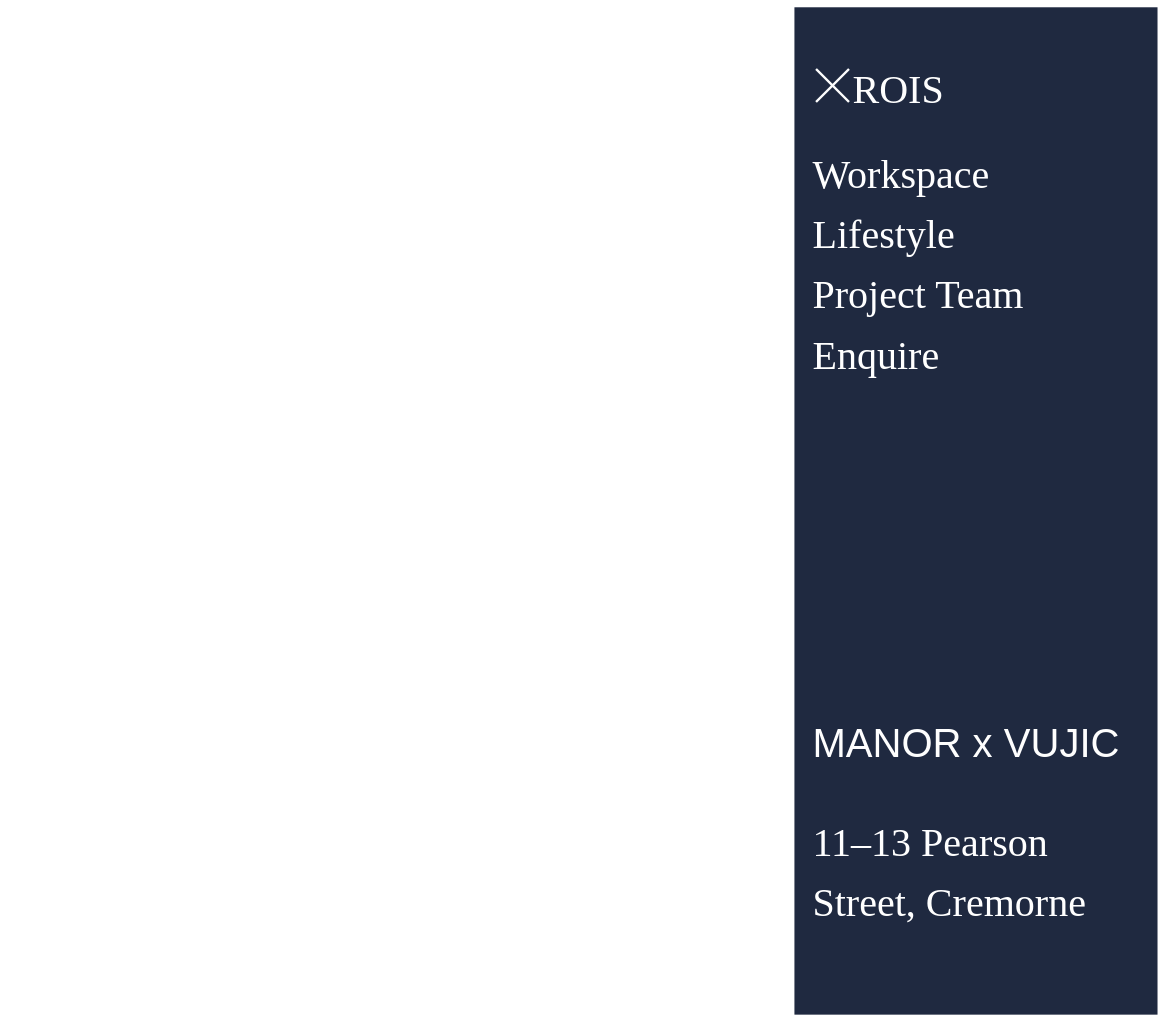
Repository: ThanhMai6507/Rois-Landing-Page
Page: index.html
An editor plug-in stored every save of this project. The page is shown before and after a run of saves, followed by the edit.
The browser window is 1280 px wide. The pictures show the whole page, at 91% of full size.

Above is the page before, as saved 2022-10-31 11:08:52.

### index.html
<!DOCTYPE html>
<html lang="en">
<head>
    <meta charset="UTF-8">
    <meta http-equiv="X-UA-Compatible" content="IE=edge">
    <meta name="viewport" content="width=device-width, initial-scale=1.0">
    <link rel="stylesheet" href="./style.css">
    <link rel="stylesheet" href="css/themify-icons.css">
    <title>Document</title>
</head>
<body>
    <div class="main">
        <div class="first_page">
            <div class="menu">
                <p class="title ti-close">ROIS</p>
                <div class="menu-list">
                    <a href="" class="menu-item">Workspace</a><br>
                    <a href="" class="menu-item">Lifestyle</a><br>
                    <a href="" class="menu-item">Project Team</a><br>
                    <a href="" class="menu-item">Enquire</a><br>
                </div>
                <footer class="menu-footer">
                    <p>MANOR x VUJIC</p>
                    <a href="">11–13 Pearson Street, Cremorne</a>
                </footer>
            </div>
        </div>
    </div>
</body>
</html>

### style.css
.first_page {
    width: 100%;
    height: 1087px;
    background-color: #fff;
    position: relative;
    display: flex;
    justify-content: end;
}

.menu {
    position: absolute;
    width: 30%;
    height: 1087px;
    background-color: #1F2940;
    color: #FEFEFE;
    padding-left: 20px;
    padding-top: 20px;
    line-height: 1.5;
    font-family: 'Times New Roman', Times, serif;
    font-size: 44px;
}

a {
    text-decoration: none;
    color: #fff;
    margin-bottom: 5px;
}

footer {
    margin-top: 95%;
}

footer p {
    font-family: Arial, Helvetica, sans-serif;
}

Loaded but not shown: asset/themify-icons/themify-icons.css (common file)

After the next 6 saves:
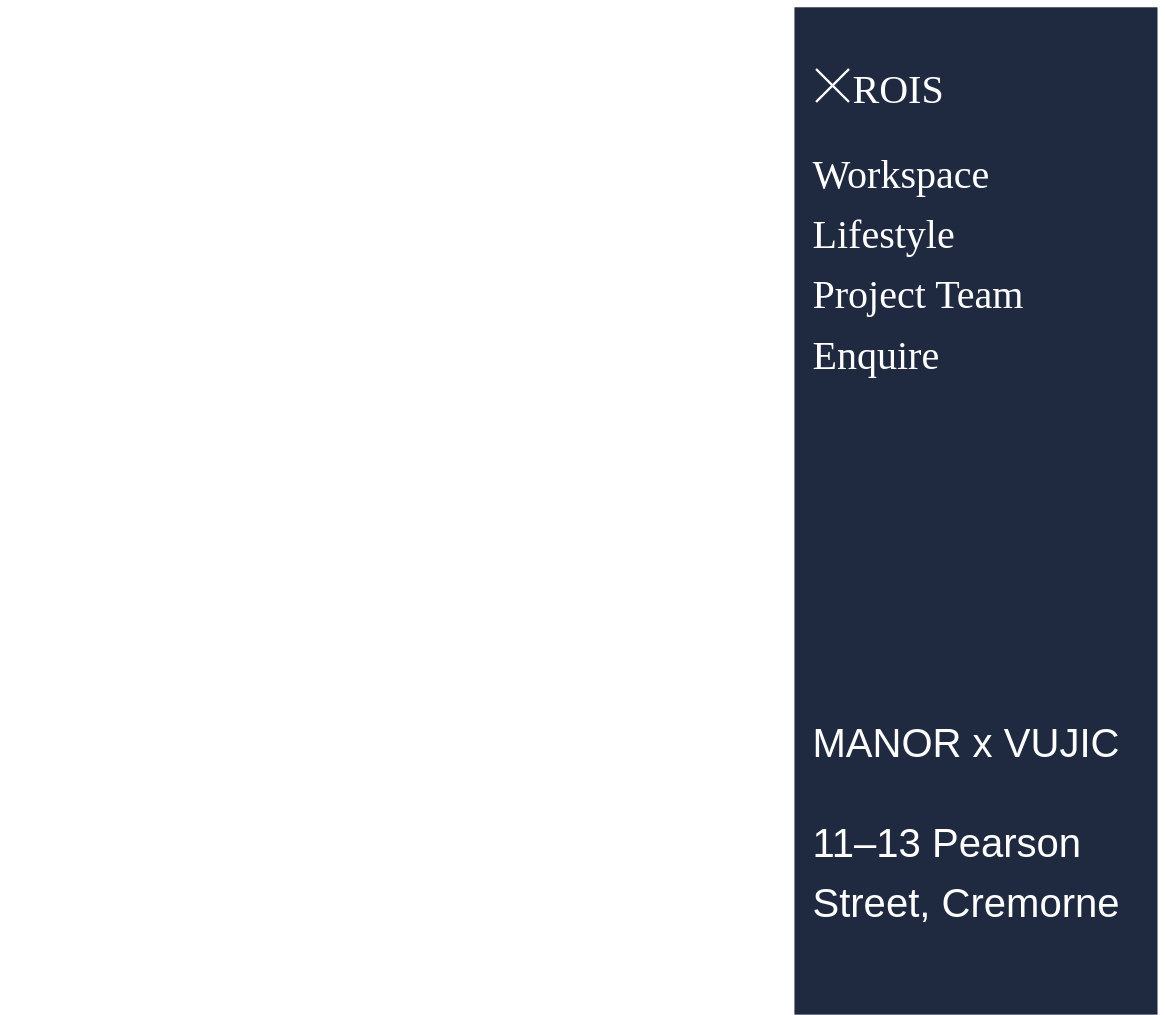
The 6 saves are shown as one change because they came seconds apart.
The last was saved 16 s later.
--- a/style.css
+++ b/style.css
@@ -28,8 +28,9 @@
 
 footer {
     margin-top: 95%;
+    font-family: Arial, Helvetica, sans-serif;
 }
 
 footer p {
-    font-family: Arial, Helvetica, sans-serif;
+    font-size: 44px;
 }
